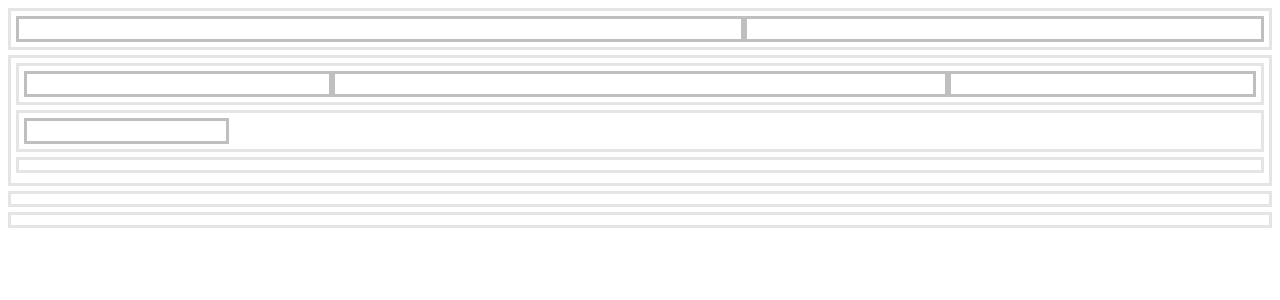
Repository: 0xbul1/biao-class-3
Page: practice/012-float-grid/index5.html
These files come from the project's save history. The page is drawn as it stood at one moment and after the next save; the edit follows.
The browser window is 1280 px wide. The pictures show the whole page.

Above is the page before, as saved 2018-10-03 18:47:27.

After the next save:
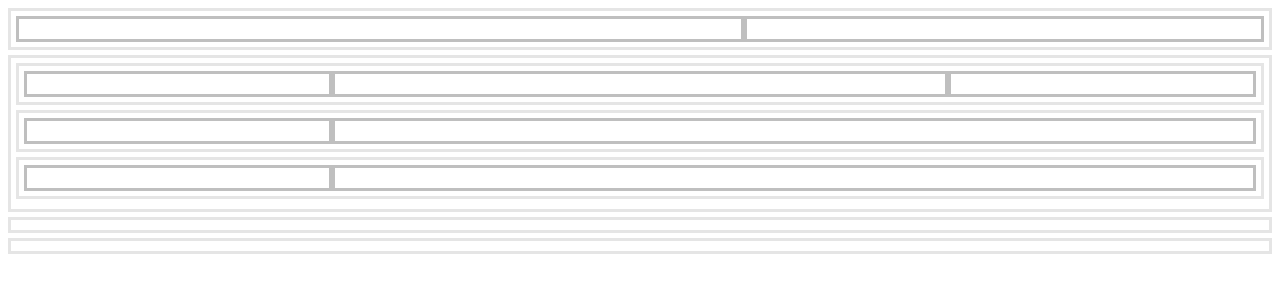
Saved 23 s later.
--- a/practice/012-float-grid/index5.html
+++ b/practice/012-float-grid/index5.html
@@ -83,9 +83,13 @@
         <div class="col-3"></div>
     </div>
     <div class="row carousel">
-        <div class="col-2"></div>
+        <div class="col-3"></div>
+        <div class="col-9"></div>
     </div>
-    <div class="row shortcut"></div>
+    <div class="row shortcut">
+        <div class="col-3"></div>
+        <div class="col-9"></div>
+    </div>
 </div>
 <div class="row main"></div>
 <div class="row footer"></div>
